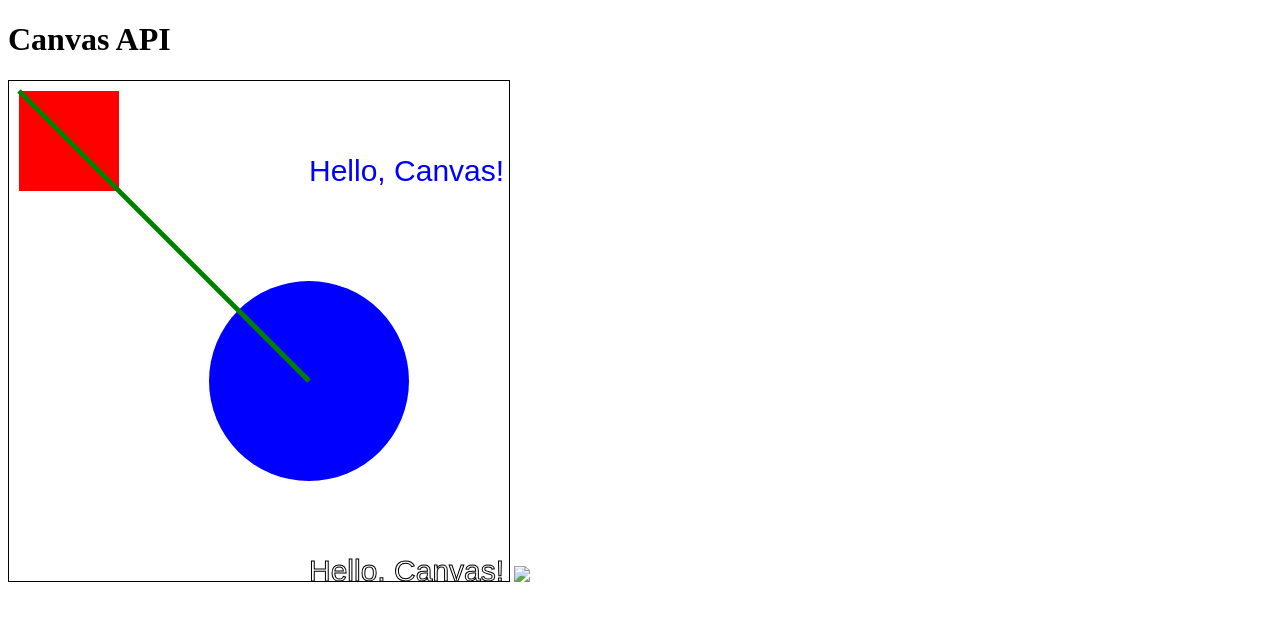
Repository: aobeid1979/small-ideas-
Page: Canvas API/index.html
The author's editor kept a copy of each file at every save. The page is drawn from the files as they stood at one save, then again after the next save.
The browser window is 1280 px wide. The pictures show the whole page.

Above is the page before, as saved 2025-06-28 13:39:24.

After the next save:
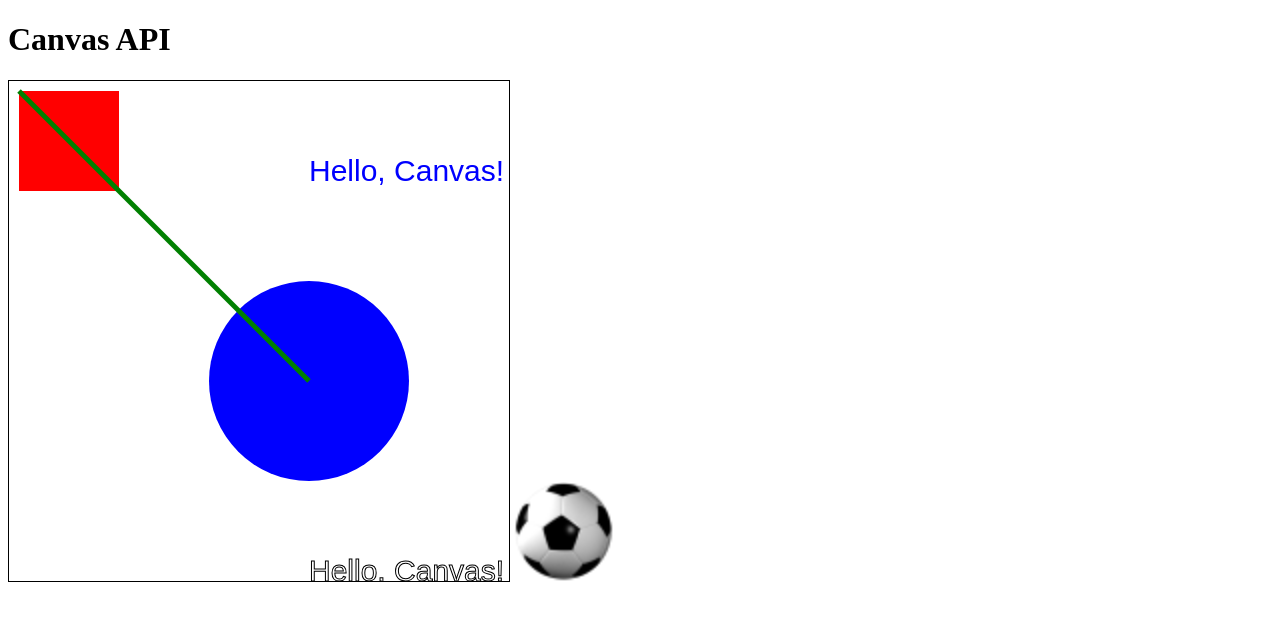
Saved 7 s later.
--- a/Canvas API/index.html
+++ b/Canvas API/index.html
@@ -15,7 +15,7 @@
     <h1>Canvas API</h1>
 
     <canvas id="my-canvas" width="500" height="500"></canvas>
-    <img src=" "ball.png" alt=" "Ball Image width="100" height="100">
+    <img src= "ball.png" alt=" "Ball Image width="100" height="100">
 
     <script src="script.js"></script>
 </body>
